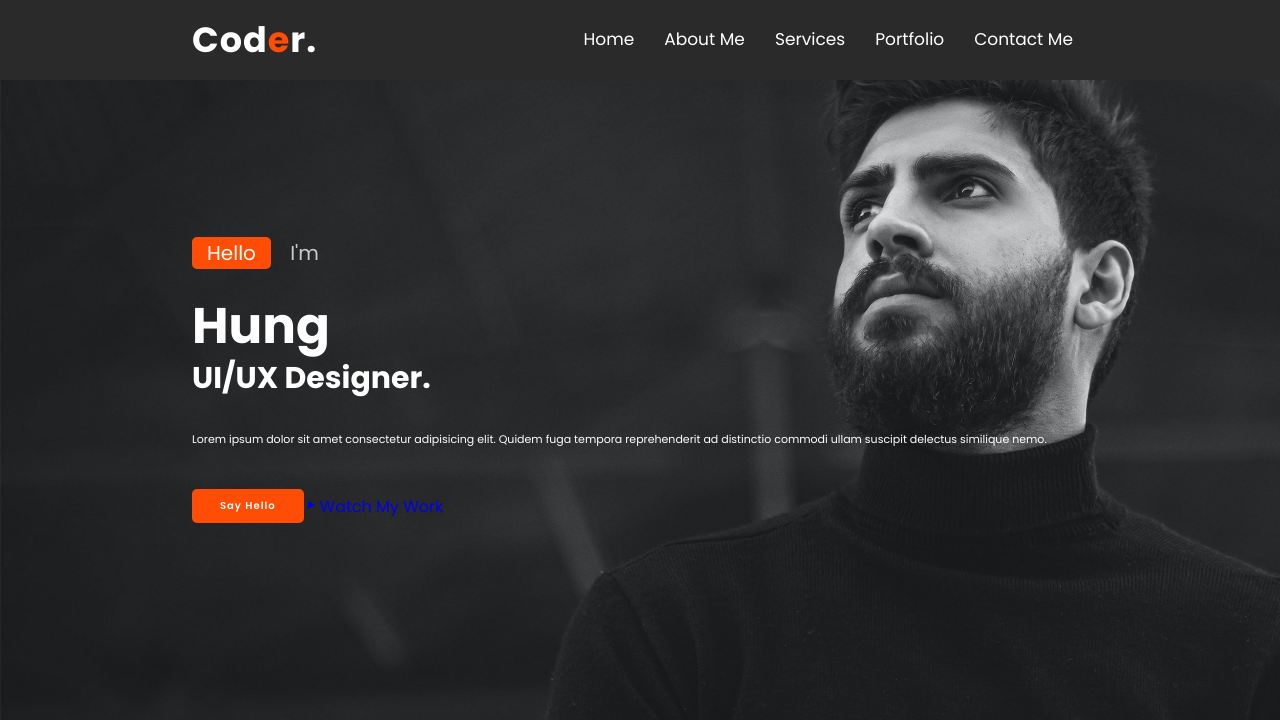
Repository: HungNg99/Protifolio2
Page: Portfolio/index.html
These files come from the project's save history. The page is drawn as it stood at one moment and after the next save; the edit follows.
The browser window is 1280 px wide. The pictures show the whole page.

Above is the page before, as saved 2022-12-09 10:04:12.

After the next save:
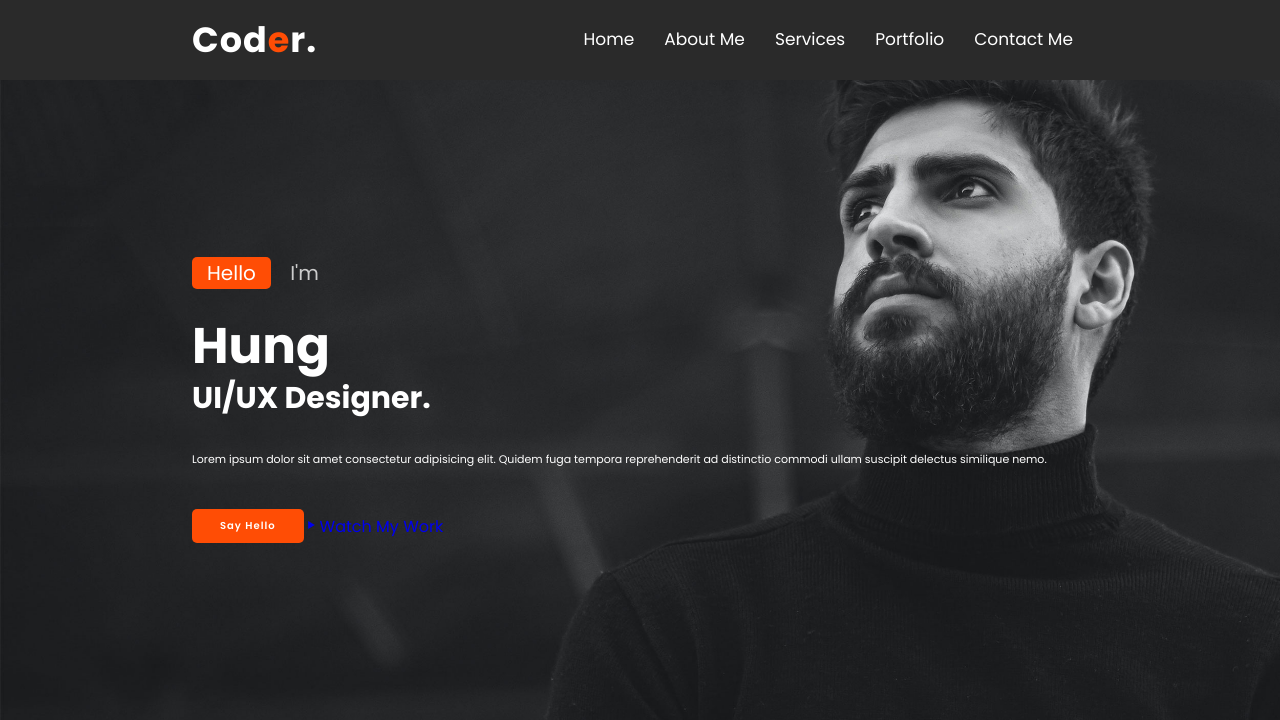
Saved 43 s later.
--- a/Portfolio/style.css
+++ b/Portfolio/style.css
@@ -108,7 +108,9 @@ section {
     font-size: 20px;
     font-weight: 500;
 }
-
+.home-text{
+    margin-top: 40px;
+}
 .home-text h1 {
     font-size: var(--big-font);
     font-weight: 700;
